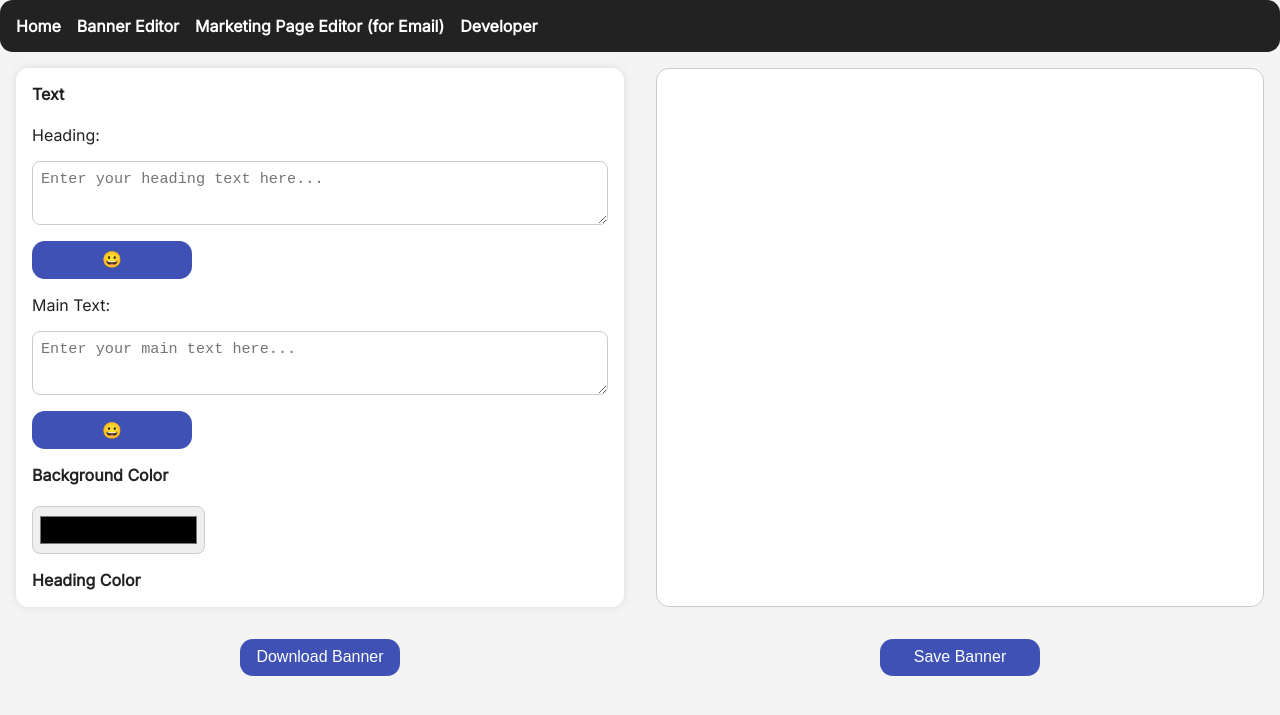
Repository: Yuravolontir/--Baner-Editor--
Page: email.html
These files come from the project's save history. The page is drawn as it stood at one moment and after the next save; the edit follows.
The browser window is 1280 px wide. The pictures show the whole page.
An inner scrolling area shows only its first screen.

Above is the page before, as saved 2025-07-17 17:20:24.

### email.html
<!DOCTYPE html>
<html lang="en">
<head>
    <meta charset="UTF-8">
    <meta name="viewport" content="width=device-width, initial-scale=1.0">
    <title>Document</title>
    <link rel="stylesheet" href="/styles/banner.css">
    <script type="module" src="/scripts/email.js"></script>
    <!--Google Fonts-->
 <link href="https://fonts.googleapis.com/css2?family=Be+Vietnam+Pro&family=DM+Sans&family=Figtree&family=Inter&family=Manrope&family=Outfit&family=Rubik&family=Space+Grotesk&family=Sora&family=Urbanist&display=swap" rel="stylesheet">
<link rel="preconnect" href="https://fonts.googleapis.com">
<link rel="preconnect" href="https://fonts.gstatic.com" crossorigin>
<link href="https://fonts.googleapis.com/css2?family=Bangers&family=Lobster+Two:ital,wght@0,400;0,700;1,400;1,700&family=Orbitron:wght@400..900&family=Silkscreen:wght@400;700&display=swap" rel="stylesheet">

</head>
<body>
    <nav>
    <ul>
    <li><a href="/dashboard.html">Home</a></li>
    <li><a href="/banner.html">Banner Editor</a></li>
    <li><a href="/email.html">Marketing Page Editor (for Email)</a></li>
    <li><a href="/thanks-to-developer.html">Developer</a></li>
    </ul>
</nav>


<div id="banner-builder-container">
<div id="controls-section">

<h3>Text</h3>

<label for="bannerHeading">Heading:</label>
<textarea id="bannerHeading" placeholder="Enter your heading text here..."></textarea>
<button id="emojiHeading">😀</button>

<label for="bannerText">Main Text:</label>
<textarea id="bannerText" placeholder="Enter your main text here..."></textarea>
<button id="emojiText">😀</button>

<h3>Background Color</h3>
<input type="color" id="BackgroundColor">

<h3>Heading Color</h3>
<input type="color" id="HeadingColor">

<h3>Text Color</h3>
<input type="color" id="TextColor">

<h3>Choose heading font</h3>
<select id="head-font">
  <option value="Courier New">Courier New</option>
  <option value="Inter">Inter</option>
  <option value="Poppins">Poppins</option>
  <option value="Space Grotesk">Space Grotesk</option>
  <option value="Outfit">Outfit</option>
  <option value="Manrope">Manrope</option>
  <option value="Sora">Sora</option>
  <option value="Figtree">Figtree</option>
  <option value="Rubik">Rubik</option>
  <option value="Urbanist">Urbanist</option>
  <option value="DM Sans">DM Sans</option>
  <option value="Silkscreen, sans-serif">Silkscreen Static</option>
  <option value="Orbitron, sans-serif">Orbitron</option>
  <option value="Lobster Two, sans-serif">Lobster Two</option>
  <option value="Bangers, system-ui">Bangers</option>
</select>

<h3>Choose text font</h3>
<select id="text-font">
  <option value="Courier New">Courier New</option>
  <option value="Inter">Inter</option>
  <option value="Poppins">Poppins</option>
  <option value="Space Grotesk">Space Grotesk</option>
  <option value="Outfit">Outfit</option>
  <option value="Manrope">Manrope</option>
  <option value="Sora">Sora</option>
  <option value="Figtree">Figtree</option>
  <option value="Rubik">Rubik</option>
  <option value="Urbanist">Urbanist</option>
  <option value="DM Sans">DM Sans</option>
  <option value="Silkscreen, sans-serif">Silkscreen Static</option>
  <option value="Orbitron, sans-serif">Orbitron</option>
  <option value="Lobster Two, sans-serif">Lobster Two</option>
  <option value="Bangers, system-ui">Bangers</option>
</select>

<h3>Banner Heading Font-size</h3>
<input type="number" id="headingFontSize" placeholder="Enter font size in px" value="24">
<h3>Banner Text Font-size</h3>
<input type="number" id="textFontSize" placeholder="Enter font size in px" value="16">

<h3>Try our gradient</h3>
<select id="designStyle">
  <option value="default">Empty</option>
  <option value="gradient1">Minimal Clean</option>
  <option value="gradient2">Bold & Colorful</option>
  <option value="gradient3">Retro Pixel</option>
</select>


</div>
<div id="preview">

</div>
<button id="downloadBanner">Download Banner</button>
<button id="saveBanner">Save Banner</button>

</div>









</body>
</html>

### styles/banner.css
/* styles.css */

:root {
  --font-main: 'Inter', sans-serif;
  --color-bg: #f4f4f4;
  --color-dark: #222;
  --color-accent: #3f51b5;
  --control-bg: #fff;
  --border-radius: 0.8rem;
  --spacing: 1rem;
}

* {
  margin: 0;
  padding: 0;
  box-sizing: border-box;
}

html, body {
  font-family: var(--font-main);
  background-color: var(--color-bg);
  color: var(--color-dark);
  height: 100%;
  overflow: hidden;
}

body {
  display: flex;
  flex-direction: column;
  padding: 0;
}

nav ul {
  list-style: none;
  display: flex;
  gap: 1rem;
  background-color: var(--color-dark);
  padding: 1rem;
  border-radius: var(--border-radius);
  overflow-x: auto;
}

nav a {
  color: white;
  text-decoration: none;
  font-weight: bold;
  white-space: nowrap;
}

#banner-builder-container {
  display: grid;
  grid-template-columns: 1fr 1fr;
  gap: 2rem;
  padding: 1rem;
  height: calc(100vh - 80px);
  overflow: hidden;
}

#controls-section {
  display: flex;
  flex-direction: column;
  gap: 1rem;
  background-color: var(--control-bg);
  padding: 1rem;
  border-radius: var(--border-radius);
  box-shadow: 0 0 10px rgba(0, 0, 0, 0.1);
  overflow-y: auto;
  max-height: 100%;
}

#controls-section h3 {
  margin-bottom: 0.3rem;
  font-size: 1rem;
}

#controls-section input[type="color"],
#controls-section input[type="number"],
#controls-section select,
#controls-section textarea {
  width: 100%;
  padding: 0.5rem;
  font-size: 0.95rem;
  border: 1px solid #ccc;
  border-radius: 0.5rem;
}

#controls-section input[type="color"]
{
  width: 30%;
  height: auto;
  padding: 0.3rem;
  font-size: 0.95rem;
  border: 1px solid #ccc;
  border-radius: 0.5rem;
  min-height: 3rem;

}

#controls-section textarea {
  min-height: 4rem;
  resize: vertical;
}

button {
  background-color: var(--color-accent);
  color: white;
  border: none;
  padding: 0.6rem 1rem;
  font-size: 1rem;
  border-radius: var(--border-radius);
  cursor: pointer;
  transition: background-color 0.2s ease;
  width: 10rem;

}
#downloadBanner, #saveBanner {
  margin-left: auto;
  margin-right: auto;
}

button:hover {
  background-color: #2c3e91;
}

#preview {
  background-color: white;
  border: 1px solid #ccc;
  min-height: 40vh;
  display: flex;
  justify-content: center;
  align-items: center;
  padding: 1rem;
  border-radius: var(--border-radius);
  overflow: auto;
  height: 100%;
}

@media (max-width: 768px) {
  #banner-builder-container {
    grid-template-columns: 1fr;
    grid-template-rows: auto 1fr;
    height: auto;
  }

  #controls-section {
    max-height: none;
    height: auto;
  }

  #preview {
    height: 50vh;
    margin-top: 1rem;
  }
}

Loaded but not shown: scripts/email.js (no stored copy; drawn as an empty file)

After the next save:
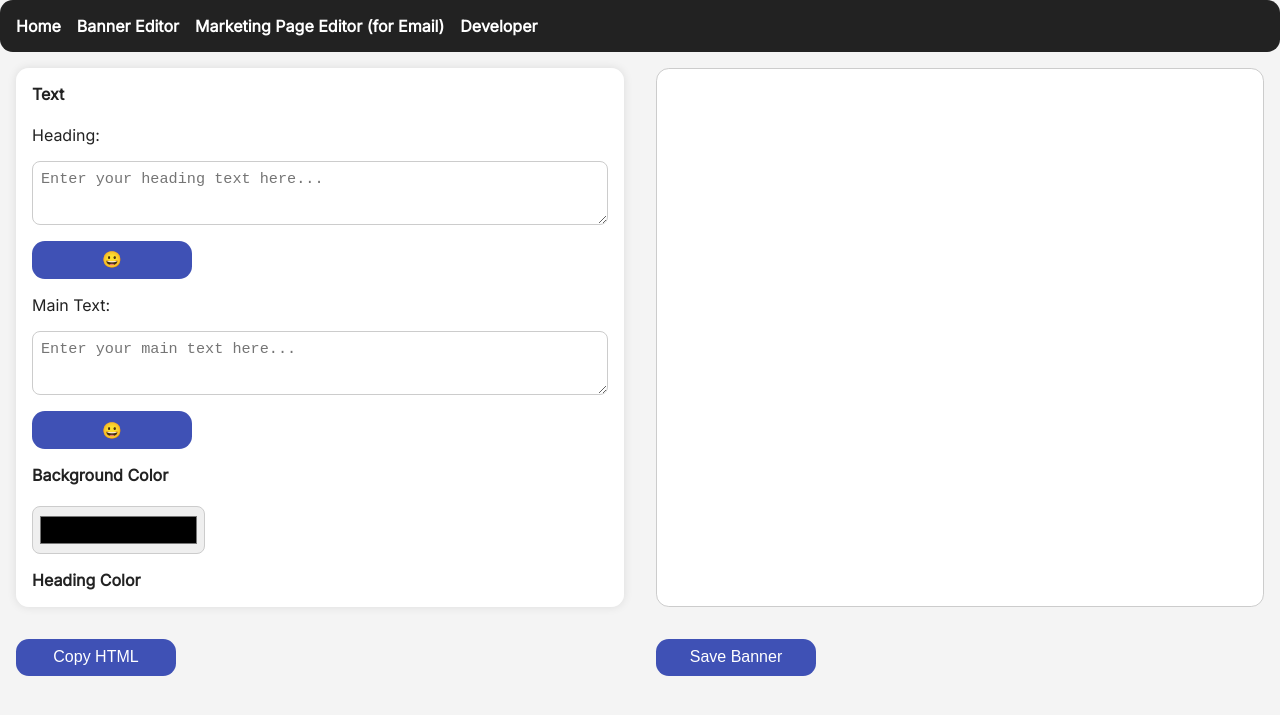
Saved 3 min 50 s later.
--- a/email.html
+++ b/email.html
@@ -102,8 +102,8 @@
 <div id="preview">
 
 </div>
-<button id="downloadBanner">Download Banner</button>
-<button id="saveBanner">Save Banner</button>
+<button id="copyHTML">Copy HTML</button>
+<button id="saveemail">Save Banner</button>
 
 </div>
 
